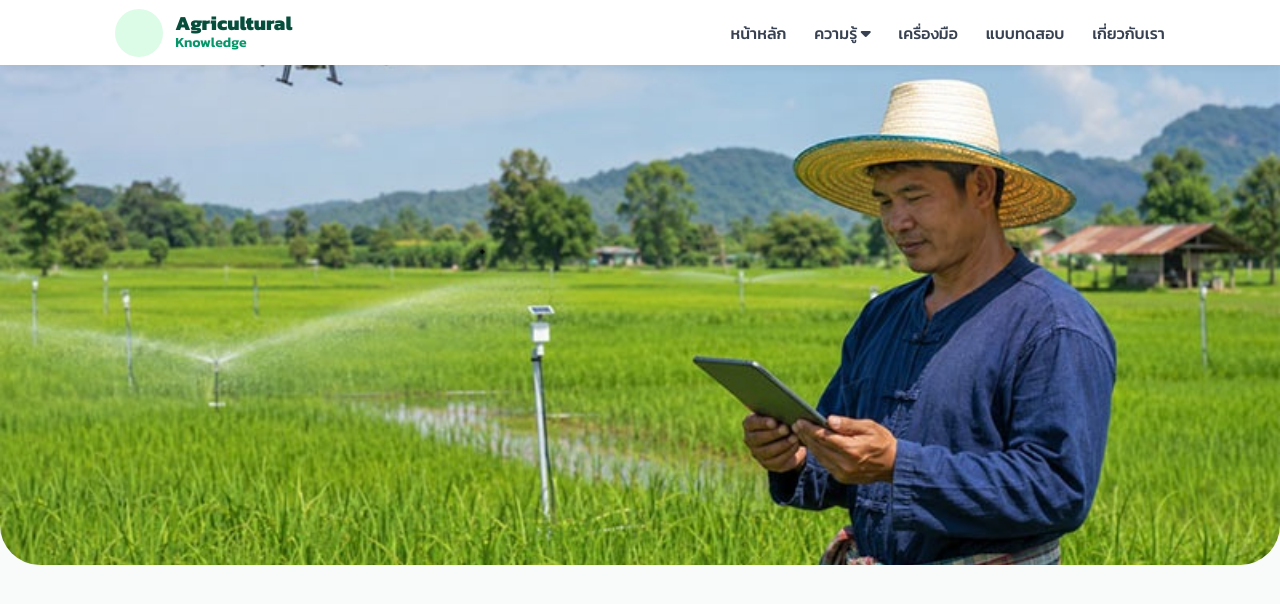
Repository: nuwat-wa/Project-WebdesignAG
Page: ag1.html
An editor plug-in stored every save of this project. The page is shown before and after the next save, followed by the edit.
The browser window is 1280 px wide. The pictures show the whole page.

Above is the page before, as saved 2026-09-24 17:15:40.

After the next save:
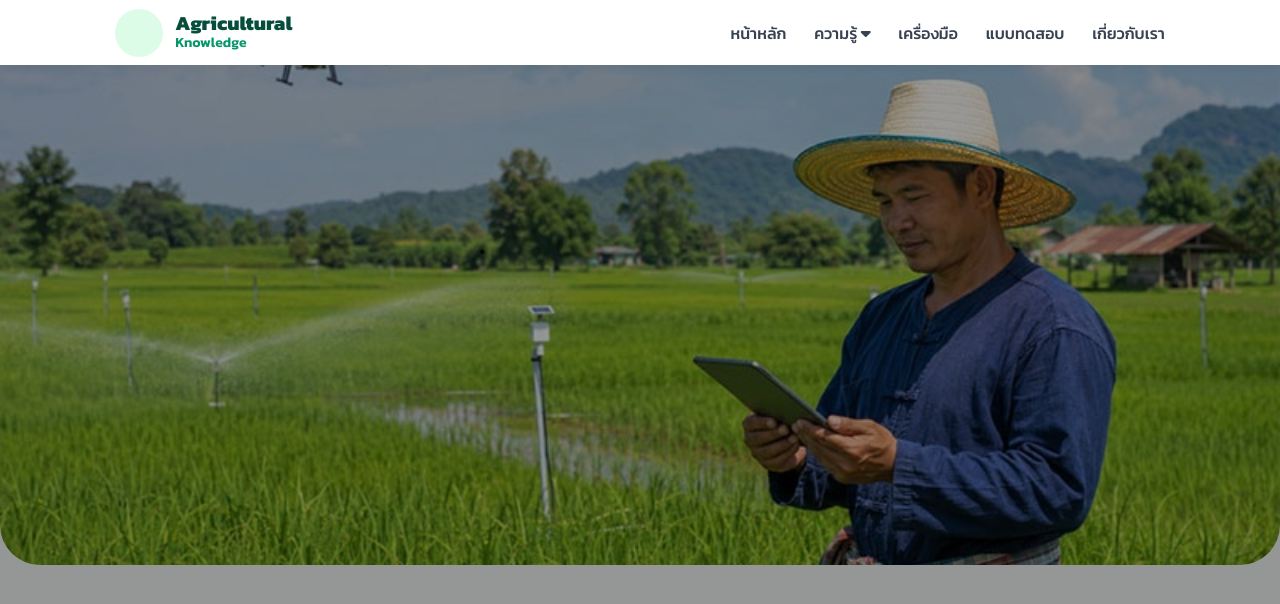
Saved 15 s later.
--- a/ag1.css
+++ b/ag1.css
@@ -87,3 +87,12 @@ body {
   display: block;
   border-radius: 0px 0px 40px 40px;
 }
+
+.helo .overlay {
+  position: absolute;
+  top: 0;
+  left: 0;
+  width: 100%;
+  height: 100%;
+  background-color: rgba(0, 0, 0, 0.4); /* เลข 0.4 คือความเข้มเงาดำ (ปรับได้ตั้งแต่ 0.1 - 0.9) */
+}

After the 3 saves that followed:
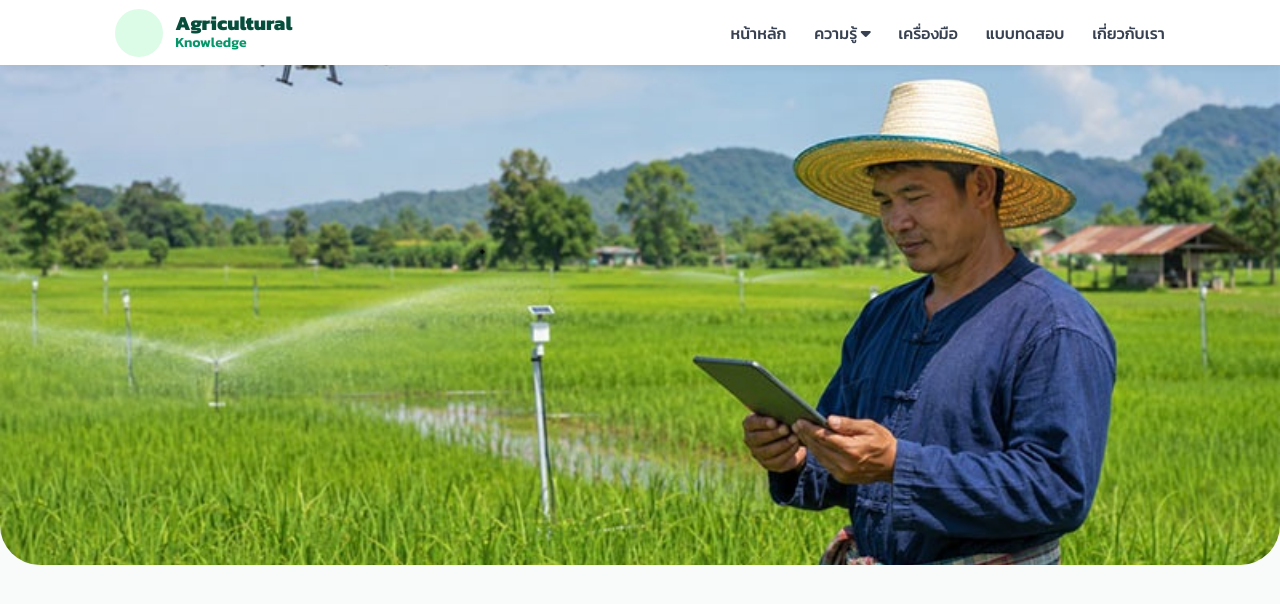
The 3 saves are shown as one change because 1 left the picture as it was and some came seconds apart.
The last was saved 54 s later.
--- a/ag1.css
+++ b/ag1.css
@@ -86,13 +86,5 @@ body {
   object-fit: cover;
   display: block;
   border-radius: 0px 0px 40px 40px;
+  background-color: rgba(0, 0, 0, 0.4);
 }
-
-.helo .overlay {
-  position: absolute;
-  top: 0;
-  left: 0;
-  width: 100%;
-  height: 100%;
-  background-color: rgba(0, 0, 0, 0.4); /* เลข 0.4 คือความเข้มเงาดำ (ปรับได้ตั้งแต่ 0.1 - 0.9) */
-}
